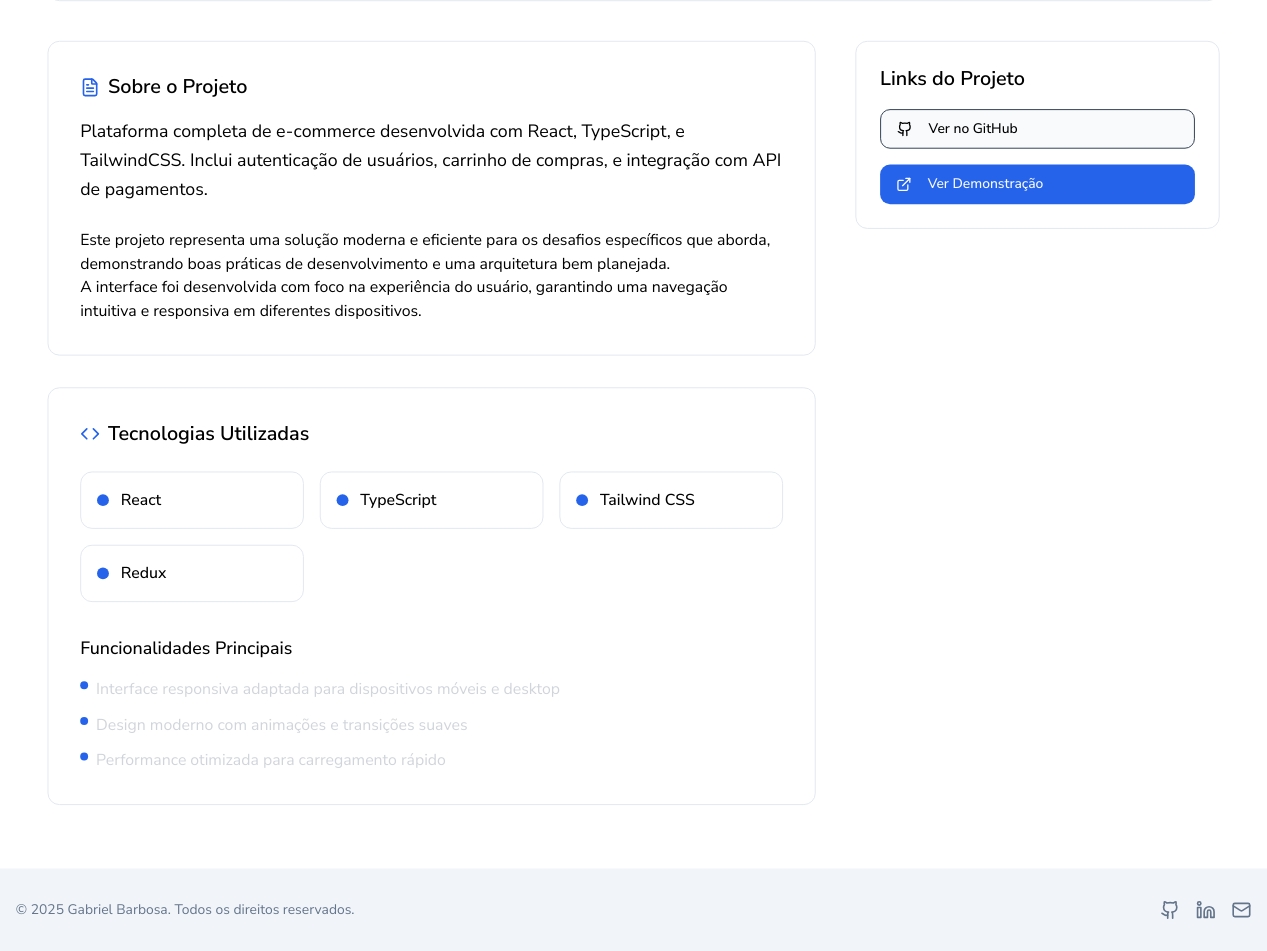
Repository: Biel-barbosa/portfolio-gabriel
Page: /projetos/1
These files come from the project's save history. The page is drawn as it stood at one moment and after the next save; the edit follows.
The browser window is 1280 px wide. The pictures show the part of the page from y = 679 to 1640 px (the page is 1640 px tall), at 99% of full size.
The page's requests for data from a server got no answer. The project was rebuilt for these pictures with package versions that can differ from the ones it lists, and the page was loaded fresh each time. No one was signed in, and anything a server would have sent is missing. Also part of the build but not shown: vite.config.ts, src/components/ui/tooltip.tsx, src/components/ui/card.tsx, src/components/ui/badge.tsx, src/components/ProjectCard.tsx, src/pages/Index.tsx, src/pages/Projects.tsx, src/pages/Contact.tsx and 1 more.

Above is the page before, as saved 2025-05-20 17:02:28.

After the next save:
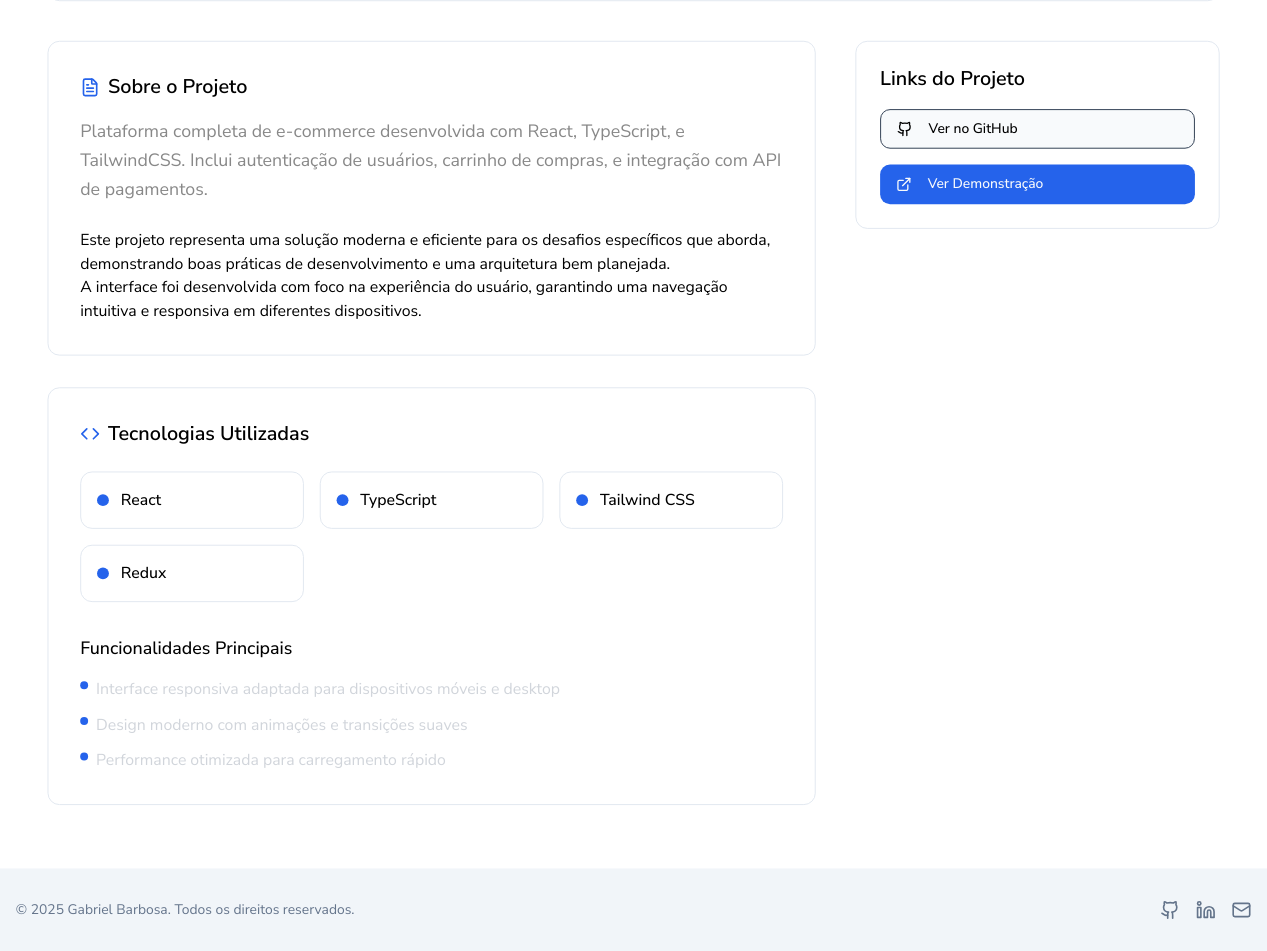
Saved 24 s later.
--- a/src/pages/ProjectDetail.tsx
+++ b/src/pages/ProjectDetail.tsx
@@ -140,7 +140,7 @@
                       <FileText className="mr-2 h-5 w-5 text-primary" />
                       Sobre o Projeto
                     </h2>
-                    <p className="text-lg text-black-300 leading-relaxed mb-6">
+                    <p className="text-lg text-[#888888] leading-relaxed mb-6">
                       {project.description}
                     </p>
 

After the save that followed:
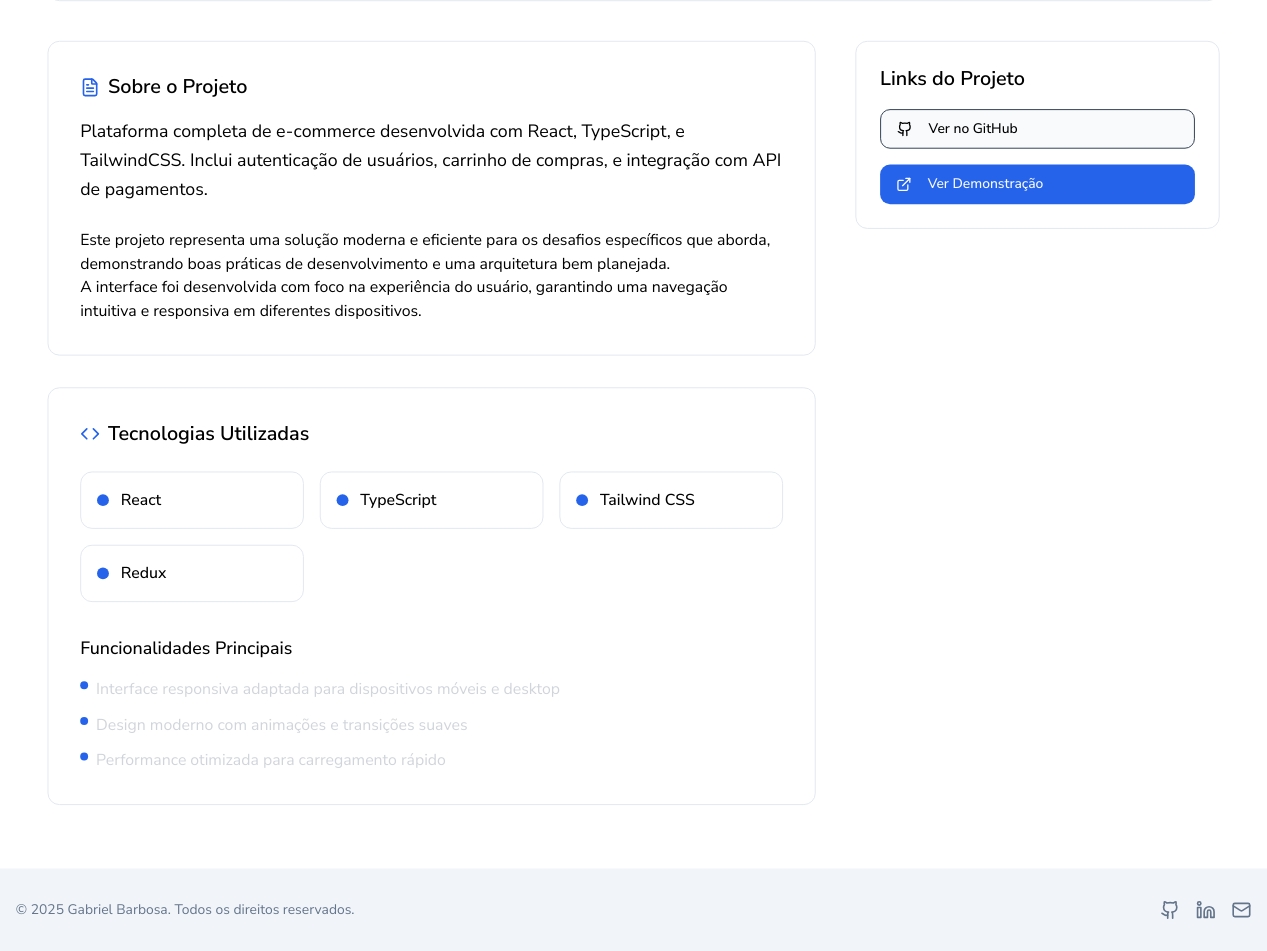
Saved 9 s later.
--- a/src/pages/ProjectDetail.tsx
+++ b/src/pages/ProjectDetail.tsx
@@ -140,7 +140,7 @@
                       <FileText className="mr-2 h-5 w-5 text-primary" />
                       Sobre o Projeto
                     </h2>
-                    <p className="text-lg text-[#888888] leading-relaxed mb-6">
+                    <p className="text-lg text-[##4f4f4f] leading-relaxed mb-6">
                       {project.description}
                     </p>
 
